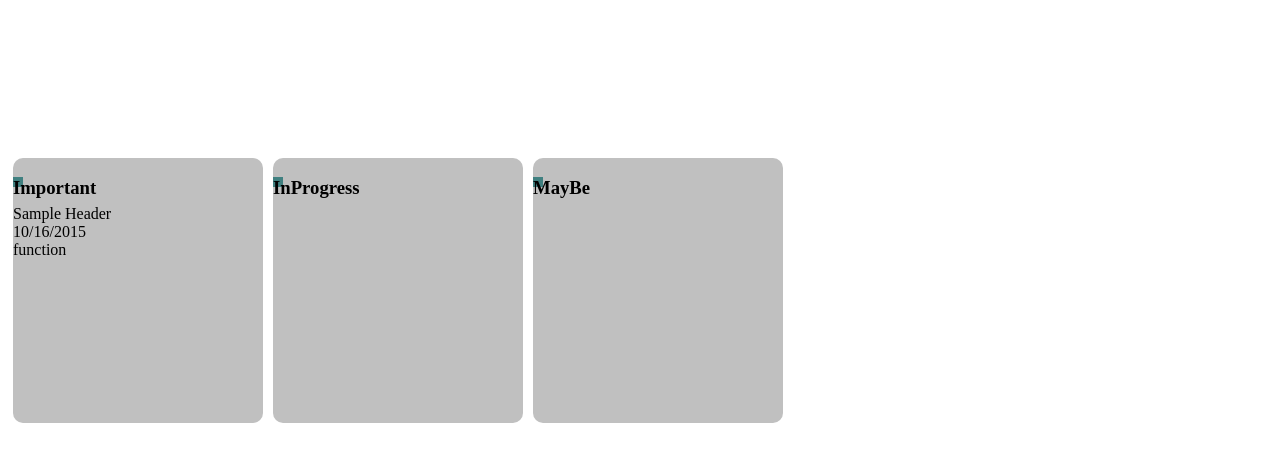
Repository: TharanyaM/Adaptavant--project
Page: Jdo/war/todo.html
The author's editor kept a copy of each file at every save. The page is drawn from the files as they stood at one save, then again after the next save.
The browser window is 1280 px wide. The pictures show the whole page.

Above is the page before, as saved 2015-10-16 12:18:21.

### Jdo/war/todo.html
<html>
<head>
<title>todo</title>
<link href="style.css" rel="stylesheet" type="text/css">
</head>
<body>
	<div class="task-list" id="Important">
		<h3 id="head">Important</h3>
		<!-- Sample task added manually to check look -->
		<div class="todo-task">
			<div class="task-header">Sample Header</div>
			<div class="task-date">10/16/2015</div>
			<div class="task-description">function</div>
		</div>
	</div>

	<div class="task-list" id="inProgress">
		<h3 id="head">InProgress</h3>
	</div>

	<div class="task-list" id="May Be">
		<h3 id="head">MayBe</h3>
	</div>

</body>
</html>

### Jdo/war/style.css
.task-list {
  width: 250px;
  height:250px;
  float: left;
  margin: 150px 5px;
  background-color: #c0c0c0;
  min-height: 240px;
  border-radius: 10px;
  padding-bottom: 15px;
}
#head
{
	height:10px;
	width:10px;
	background-color:#408080;
	border-radious:10px;
}

After the next save:
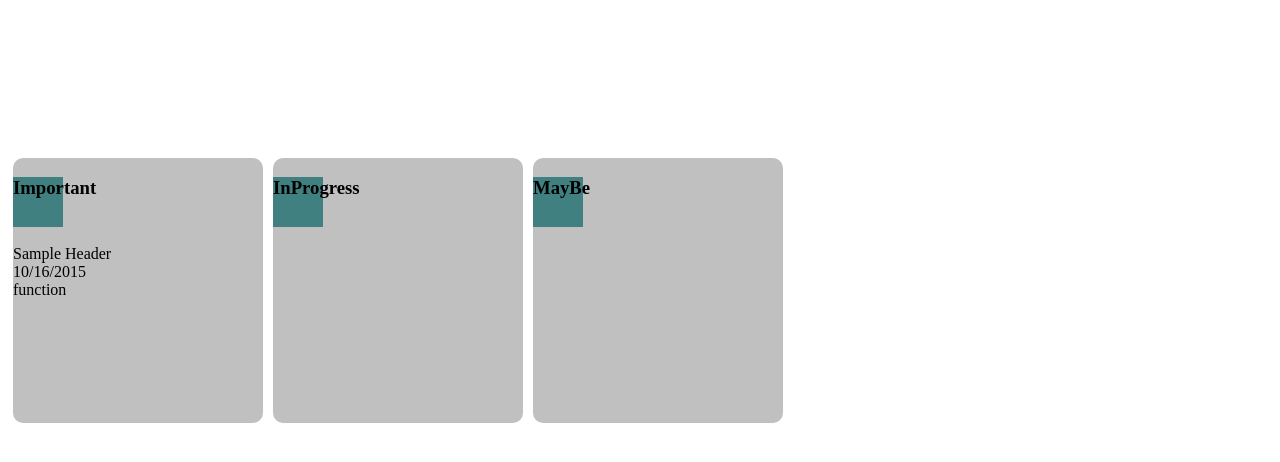
Saved 72 s later.
--- a/Jdo/war/style.css
+++ b/Jdo/war/style.css
@@ -10,8 +10,8 @@
 }
 #head
 {
-	height:10px;
-	width:10px;
+	height:50px;
+	width:50px;
 	background-color:#408080;
 	border-radious:10px;
 }
